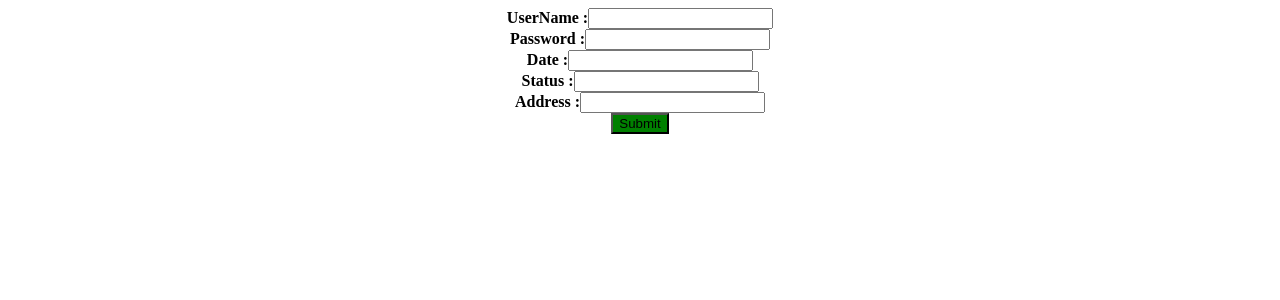
Repository: gowthams33/FullStackDeveloper
Page: http://localhost/sampleproject/insert.jsp
These files come from the project's save history. The page is drawn as it stood at one moment and after the next save; the edit follows.
The browser window is 1280 px wide. The pictures show the whole page.
The page is served by Tomcat 9.

Above is the page before, as saved 2017-06-09 09:19:20.

After the next save:
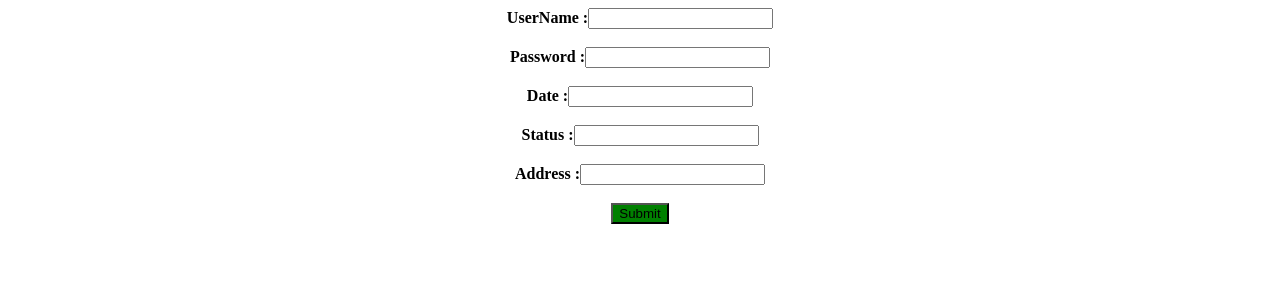
Saved 72 s later.
--- a/sampleproject/WebContent/insert.jsp
+++ b/sampleproject/WebContent/insert.jsp
@@ -7,14 +7,15 @@
 <title>Insert </title>
 </head>
 <body>
-
+<form action="/display.jsp">
 <center>
-<b>UserName :</b><input type="text" name="user" checked="checked"><br>
-<b>Password :</b><input type="password" name="pass" checked="checked"><br>
-<b>Date :</b><input type="text" name="dat" checked="checked"><br>
-<b>Status :</b><input type="text" name="stat" checked="checked"><br>
-<b>Address :</b><input type="text" name="add" height="20" width="20" checked="checked"><br>
+<b>UserName :</b><input type="text" name="user" checked="checked"><br><br>
+<b>Password :</b><input type="password" name="pass" checked="checked"><br><br>
+<b>Date :</b><input type="text" name="dat" checked="checked"><br><br>
+<b>Status :</b><input type="text" name="stat" checked="checked"><br><br>
+<b>Address :</b><input type="text" name="add" height="20" width="20" checked="checked"><br><br>
 <input type="submit" border="2" style="background-color:green">
 </center>
+</form>
 </body>
 </html>
